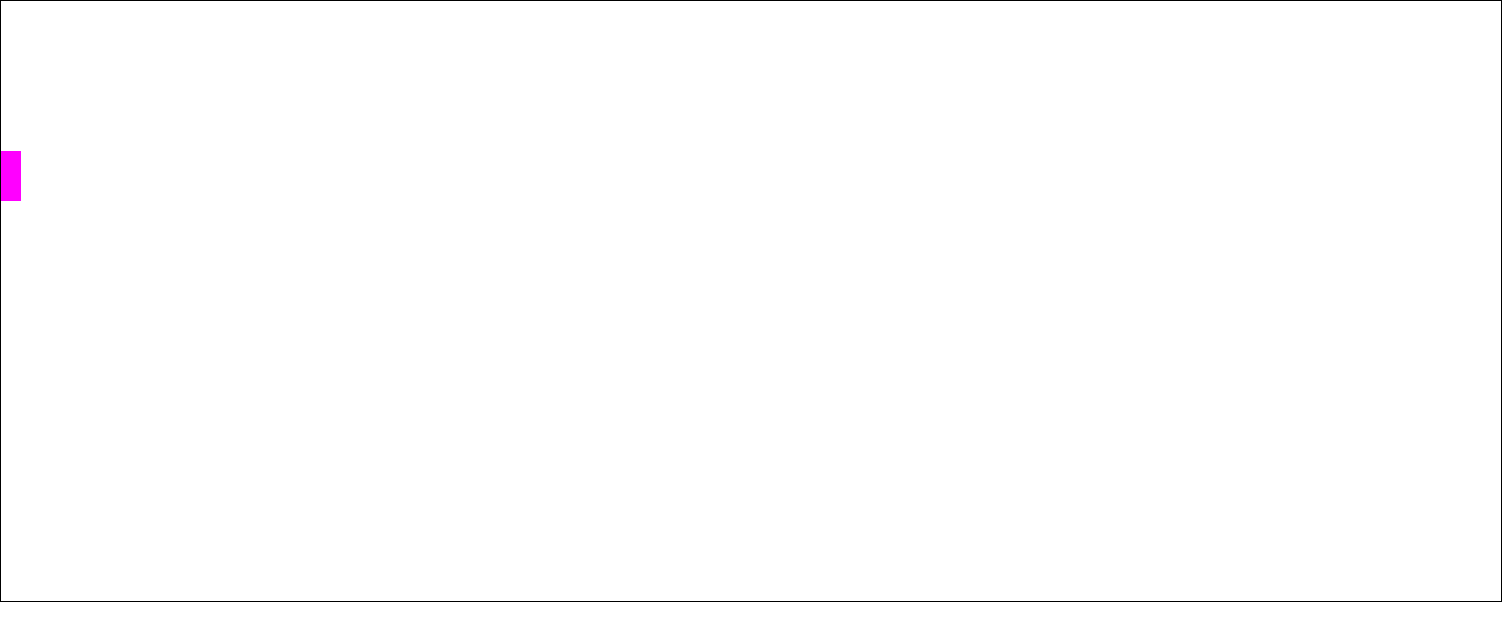
Repository: thecptwaffles/bad-game
Page: index.html
An editor plug-in stored every save of this project. The page is shown before and after the next save, followed by the edit.
The browser window is 1280 px wide. The page is 1502 px wide, so the pictures cover 1502 px, including what lies to the right of the window. The pictures show the whole page.

Above is the page before, as saved 2022-02-05 07:22:04.

### index.html
<!DOCTYPE html>
<html lang="en" onkeydown="jump()">

<head>
    <meta charset="UTF-8">
    <meta http-equiv="X-UA-Compatible" content="IE=edge">
    <meta name="viewport" content="width=device-width, initial-scale=1.0">
    <title>Jump</title>
    <link rel="stylesheet" href="style.css">
</head>

<body>
    <div id="game">
        <div id="Steve"></div>
        <div id="block"></div>
    </div>
</body>
<script src="./index.js"></script>

</html>

### style.css
* {
    padding: 0;
    margin: 0;
}

#game {
    width: 1500px;
    height: 600px;
    border: 1px solid black;
}

#Steve {
    width: 20px;
    height: 50px;
    background-color: magenta;
    position: relative;
    top: 150px;
}

.animate {
    animation: jump 500ms;
}

@keyframes jump {
    0%{
        top: 150px;
    }

    30% {
        top: 100px;
    }

    70% {
        top: 100px;
    }

    100% {
        top: 150px;
    }
}

#block {
    width: 20px;
    height: 20px;
    background-color: aquamarine;
    position: relative;
    top: 130px;
    left: 480px;
    animation: block 1s infinite linear;
}

@keyframes block {
    0%{
        left: 480px;
    }

    100%{
        left: -40px;
    }
}

### index.js
var Steve = document.getElementById('Steve');
var block = document.getElementById('block');

function jump(){
    if(Steve.classList !='animate'){
        Steve.classList.add('animate');
    }
    Steve.classList.add('animate');
    setTimeout(function(){
        Steve.classList.remove('animate');
    },500)
}

var checkDead = setInterval(function(){
    var steveTop = parseInt(window.getComputedStyle(Steve).getPropertyValue('top'));

    var blockLeft = parseInt(window.getComputedStyle(block).getPropertyValue('left'));

    if(blockLeft<20 && blockLeft>0 && steveTop >= 130) {
        block.style.animation = 'none';
        block.style.display = 'none';
        if(alert('You Lose :(')){}
else    window.location.reload();
    }
},10)

After the next save:
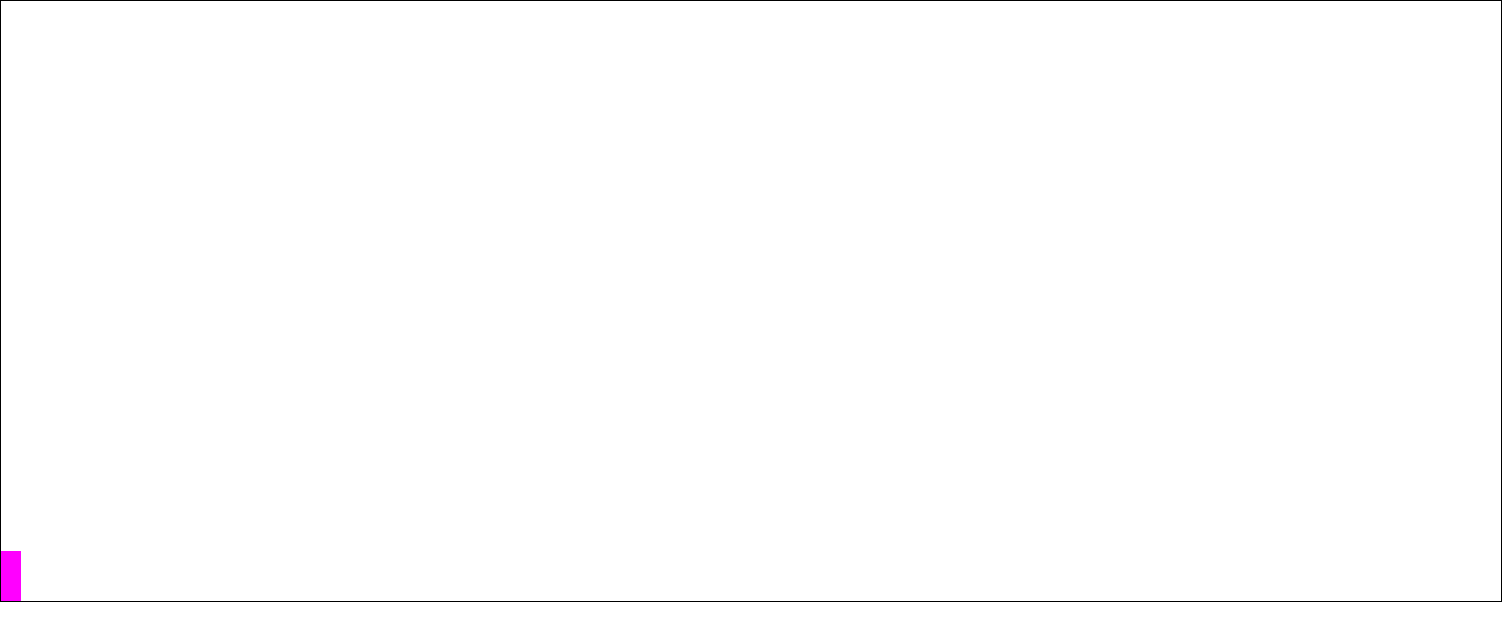
Saved 34 s later.
--- a/style.css
+++ b/style.css
@@ -14,7 +14,7 @@
     height: 50px;
     background-color: magenta;
     position: relative;
-    top: 150px;
+    top: 550px;
 }
 
 .animate {
